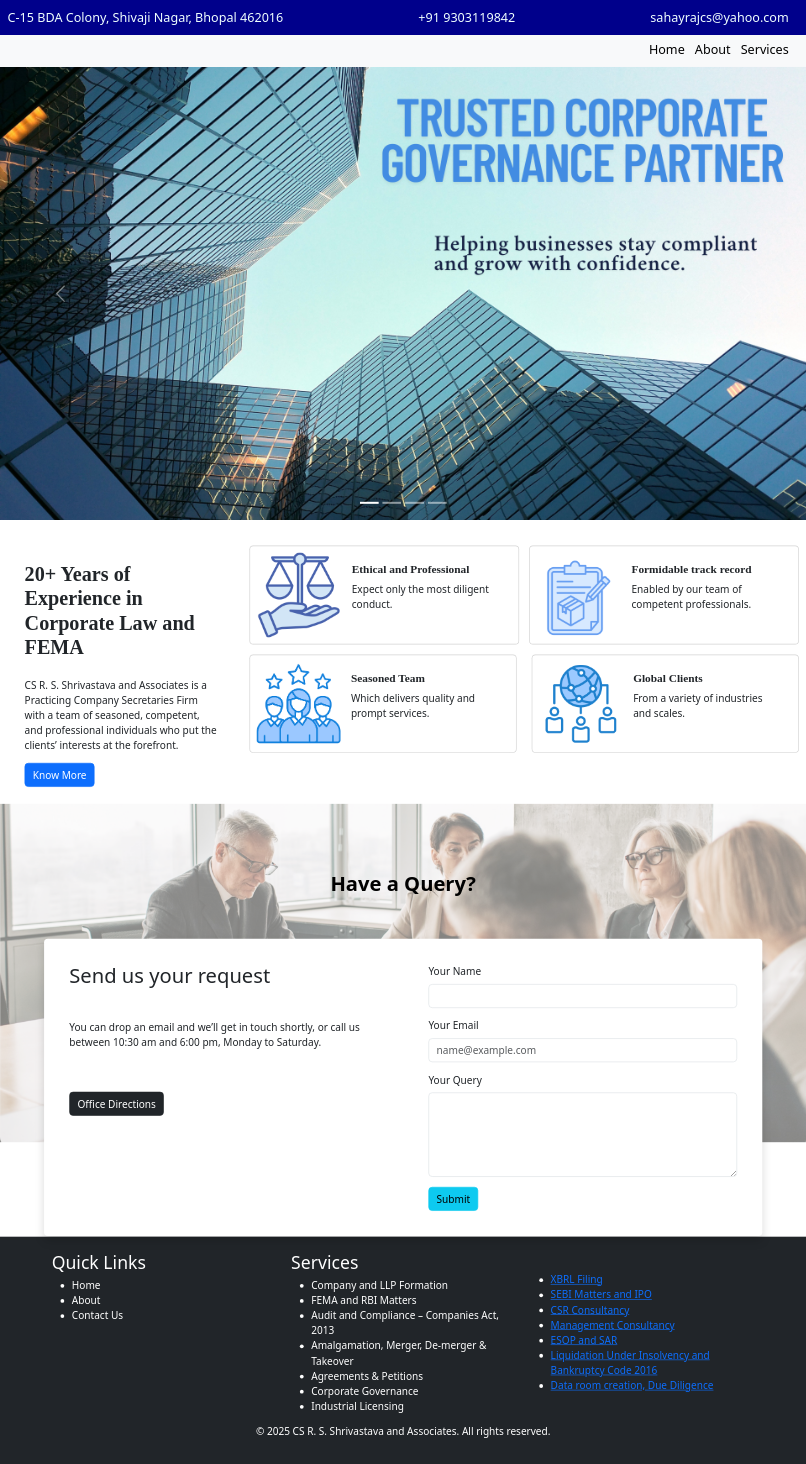
Repository: aayushiss/CS-RSS
Page: index.html
An editor plug-in stored every save of this project. The page is shown before and after the next save, followed by the edit.
The browser window is 1280 px wide. The pictures show the whole page, at 63% of full size.

Above is the page before, as saved 2025-05-15 21:00:51.

### index.html
<!DOCTYPE html>
<html lang="en">

<head>
  <meta charset="UTF-8">
  <meta name="viewport" content="width=device-width, initial-scale=1.0">
  <title>R. S. Shrivastava</title>
  <link href="https://cdn.jsdelivr.net/npm/bootstrap@5.3.3/dist/css/bootstrap.min.css" rel="stylesheet"
    integrity="sha384-QWTKZyjpPEjISv5WaRU9OFeRpok6YctnYmDr5pNlyT2bRjXh0JMhjY6hW+ALEwIH" crossorigin="anonymous">
  <link rel="stylesheet" type="text/css" href="style.css">
</head>

<body>
  <nav class="navbar fixed-top custom-navbar">
    <div class="container-fluid d-flex justify-content-between">
      <a class="navbar-brand"
        href="https://www.google.com/maps/place/R+S+SHRIVASTAVA+%26+ASSOCIATES/@23.2288499,77.4244091,17z/data=!3m1!4b1!4m6!3m5!1s0x397c425fada83073:0xcb1e8ba90a487f4e!8m2!3d23.228845!4d77.426984!16s%2Fg%2F1td0r8v9?entry=ttu&g_ep=EgoyMDI1MDUxMi4wIKXMDSoASAFQAw%3D%3D"
        target="_blank">C-15 BDA Colony, Shivaji Nagar, Bhopal 462016</a>
      <a class="navbar-brand" href="" tel:+919303119842"">+91 9303119842</a>
      <a class="navbar-brand" href="mailto:sahayrajcs@yahoo.com">sahayrajcs@yahoo.com</a>
    </div>
  </nav>
  <div class="navbar-space"></div>

  <nav class="navbar sticky-top second-navbar bg-light">
    <div class="container-fluid d-flex justify-content-end">
      <a class="navbar-brand" href="index.html">Home</a>
      <a class="navbar-brand" href="about.html">About</a>
      <a class="navbar-brand" href="#">Services</a>
    </div>
  </nav>

  <div id="carouselExampleCaptions" class="carousel slide">
    <div class="carousel-indicators">
      <button type="button" data-bs-target="#carouselExampleCaptions" data-bs-slide-to="0" class="active"
        aria-current="true" aria-label="Slide 1"></button>
      <button type="button" data-bs-target="#carouselExampleCaptions" data-bs-slide-to="1"
        aria-label="Slide 2"></button>
      <button type="button" data-bs-target="#carouselExampleCaptions" data-bs-slide-to="2"
        aria-label="Slide 3"></button>
      <button type="button" data-bs-target="#carouselExampleCaptions" data-bs-slide-to="3"
        aria-label="Slide 4"></button>
    </div>
    <div class="carousel-inner">
      <div class="carousel-item active">
        <img src="images/Trusted corporate governance partner.png" class="d-block w-100" alt="...">
        <div class="carousel-caption d-none d-md-block">
          <!-- <h5>First slide label</h5>
              <p>Some representative placeholder content for the first slide.</p> -->
        </div>
      </div>
      <div class="carousel-item">
        <img src="images/LegalConsultancy.png" class="d-block w-100" alt="...">
      </div>
      <div class="carousel-item">
        <img src="images/companyIncorporation.png" class="d-block w-100" alt="...">
      </div>
      <div class="carousel-item">
        <img src="images/annualFilingReturn.png" class="d-block w-100" alt="...">
      </div>
    </div>
    <button class="carousel-control-prev" type="button" data-bs-target="#carouselExampleCaptions" data-bs-slide="prev">
      <span class="carousel-control-prev-icon" aria-hidden="true"></span>
      <span class="visually-hidden">Previous</span>
    </button>
    <button class="carousel-control-next" type="button" data-bs-target="#carouselExampleCaptions" data-bs-slide="next">
      <span class="carousel-control-next-icon" aria-hidden="true"></span>
      <span class="visually-hidden">Next</span>
    </button>
  </div>
  <div class="container-fluid" style="margin-top: 40px;">

    <div class="row">
      <div class="col-auto" style="width: 30vw;">
        <div class="card" style="border-color: white;">
          <div class="card-body">
            <h5 class="card-title">20+ Years of
              Experience in Corporate Law and FEMA</h5>
            <p class="card-text" style="padding-top: 20px">CS R. S. Shrivastava and Associates is a Practicing Company
              Secretaries Firm with a team of seasoned, competent, and professional individuals who put the clients’
              interests at the forefront.</p>
            <a href="about.html" class="btn btn-primary">Know More</a>
          </div>
        </div>
      </div>
      <div class="col">
        <div class="row row-cols-2 g-3">
          <div class="col">
            <div class="card mb-3">
              <div class="row g-0">
                <div class="col-md-4">
                  <img src="images/8629542.png" class="img-fluid rounded-start" alt="...">
                </div>
                <div class="col-md-8">
                  <div class="card-body">
                    <h5 class="card-title">Ethical and Professional</h5>
                    <p class="card-text">Expect only the most diligent conduct.</p>
                  </div>
                </div>
              </div>
            </div>
          </div>
          <div class="col">
            <div class="card mb-3">
              <div class="row g-0">
                <div class="col-md-4">
                  <img src="images/16919209.png" class="img-fluid rounded-start" alt="...">
                </div>
                <div class="col-md-8">
                  <div class="card-body">
                    <h5 class="card-title">Formidable track record</h5>
                    <p class="card-text">Enabled by our team of competent professionals.</p>
                  </div>
                </div>
              </div>
            </div>
          </div>
        </div>
        <div class="row">
          <div class="col">
            <div class="card mb-3">
              <div class="row g-0">
                <div class="col-md-4">
                  <img src="images/images.png" class="img-fluid rounded-start" alt="...">
                </div>
                <div class="col-md-8">
                  <div class="card-body">
                    <h5 class="card-title">Seasoned Team
                    </h5>
                    <p class="card-text">Which delivers quality and prompt services.</p>
                  </div>
                </div>
              </div>
            </div>
          </div>
          <div class="col">
            <div class="card mb-3">
              <div class="row g-0">
                <div class="col-md-4">
                  <img src="images/11743537.png" class="img-fluid rounded-start" alt="...">
                </div>
                <div class="col-md-8">
                  <div class="card-body">
                    <h5 class="card-title">Global Clients
                    </h5>
                    <p class="card-text">From a variety of industries and scales.</p>
                  </div>
                </div>
              </div>
            </div>
          </div>
        </div>
      </div>
    </div>
  </div>

  <div class="position-relative" style="margin-bottom: 150px;">
    <img src="images/haveAQuery.jpg" class="img-fluid" alt="..." style="opacity: .5;">
    <h2 class="position-absolute start-50 translate-middle-x text-black fw-bold" style="top: 20%;">
      Have a Query?
    </h2>

    <div class="container-md position-absolute start-50 translate-middle-x" style="top: 40%;" id="contact-section">
      <div class="row bg-white rounded shadow">
        <div class="col" style="padding: 40px;">
          <h2>Send us your request</h2>
          <p style="margin-top: 50px;">
            You can drop an email and we’ll get in touch shortly, or call us between 10:30 am and 6:00 pm, Monday to
            Saturday.
          </p>
          <div class="btn btn-dark" style="margin-top: 50px;">
            <a href="https://www.google.com/maps/place/R+S+SHRIVASTAVA+%26+ASSOCIATES/@23.2288499,77.4244091,17z/data=!3m1!4b1!4m6!3m5!1s0x397c425fada83073:0xcb1e8ba90a487f4e!8m2!3d23.228845!4d77.426984!16s%2Fg%2F1td0r8v9?entry=ttu&g_ep=EgoyMDI1MDUxMi4wIKXMDSoASAFQAw%3D%3D"
              style="color: white; text-decoration: none; padding-top: 20px;" target="_blank">Office Directions</a>
          </div>
        </div>
        <div class="col" style="padding: 40px;">
          <div class="mb-3">
            <label for="formControlInput1" class="form-label">Your Name</label>
            <input class="form-control" id="ƒormControlInput1">
          </div>
          <div class="mb-3">
            <label for="formControlTextarea1" class="form-label">Your Email</label>
            <input type="email" class="form-control" id="formControlInput1" placeholder="name@example.com">
          </div>
          <div class="mb-3">
            <label for="formControlTextarea2" class="form-label">Your Query</label>
            <textarea class="form-control" id="exampleFormControlTextarea1" rows="5"></textarea>
          </div>
          <div class="btn btn-info">Submit</div>

        </div>
      </div>
    </div>
  </div>
  </div>
  <footer class="bg-dark text-white py-4 mt-5">
    <div class="container">
      <div class="row">
        <div class="col">
          <h3>Quick Links</h3>
          <ul class="footer-links">
            <li><a href="index.html">Home</a></li>
            <li><a href="about.html">About</a></li>
            <li><a href="#contact-section">Contact Us</a></li>
          </ul>
        </div>
        <div class="col">
          <h3>Services</h3>
          <ul class="footer-links">
            <li><a href="index.html">Company and LLP Formation</a></li>
            <li><a href="about.html">FEMA and RBI Matters</a></li>
            <li><a href="#contact-section">Audit and Compliance – Companies Act, 2013</a></li>
            <li><a href="hncjsd">Amalgamation, Merger, De-merger & Takeover</a></li>
            <li><a href="hncjsd">Agreements & Petitions</a></li>
            <li><a href="hncjsd">Corporate Governance</a></li>
            <li><a href="hncjsd">Industrial Licensing</a></li>
          </ul>
        </div>
        <div class="col" style="margin-top: 2rem;">
          <ul>
            <li><a href="hncjsd">XBRL Filing</a></li>
            <li><a href="hncjsd">SEBI Matters and IPO</a></li>
            <li><a href="hncjsd">CSR Consultancy</a></li>
            <li><a href="hncjsd">Management Consultancy</a></li>
            <li><a href="hncjsd">ESOP and SAR</a></li>
            <li><a href="hncjsd">Liquidation Under
              Insolvency and Bankruptcy Code 2016</a></li>
            <li><a href="hncjsd">Data room creation, Due Diligence</a></li>
          </ul>
        </div>
      </div>

    </div>
    <p class="text-center">&copy; 2025 CS R. S. Shrivastava and Associates. All rights reserved.</p>
  </footer>

  <script src="https://cdn.jsdelivr.net/npm/bootstrap@5.3.3/dist/js/bootstrap.bundle.min.js"
    integrity="sha384-YvpcrYf0tY3lHB60NNkmXc5s9fDVZLESaAA55NDzOxhy9GkcIdslK1eN7N6jIeHz"
    crossorigin="anonymous"></script>
</body>

</html>

### style.css
.custom-navbar {
    background-color: darkblue;
}

.custom-navbar .navbar-brand {
    color: azure;
}

.navbar-space {
    margin-top: 50px;
}

.second-navbar .navbar-brand {
    color: black;
}

.custom-card {
    height: 25vh;
}

.custom-card .card-img {
    height: 100%;
    object-fit: cover;
}

.container-fluid .card {
    padding: 10px;
}

.container-fluid .card-title {
    font-family: 'Times New Roman', Times, serif;
    font-weight: bold;
    font-size: xx-large;
}

.container-fluid .col-md-8 .card-title {
    font-family: 'Times New Roman', Times, serif;
    font-size: large;
}

.footer-links ul {
    list-style: none;
    text-decoration: none;
}

.footer-links a {
    color: white;
    text-decoration: none;
}

After the next save:
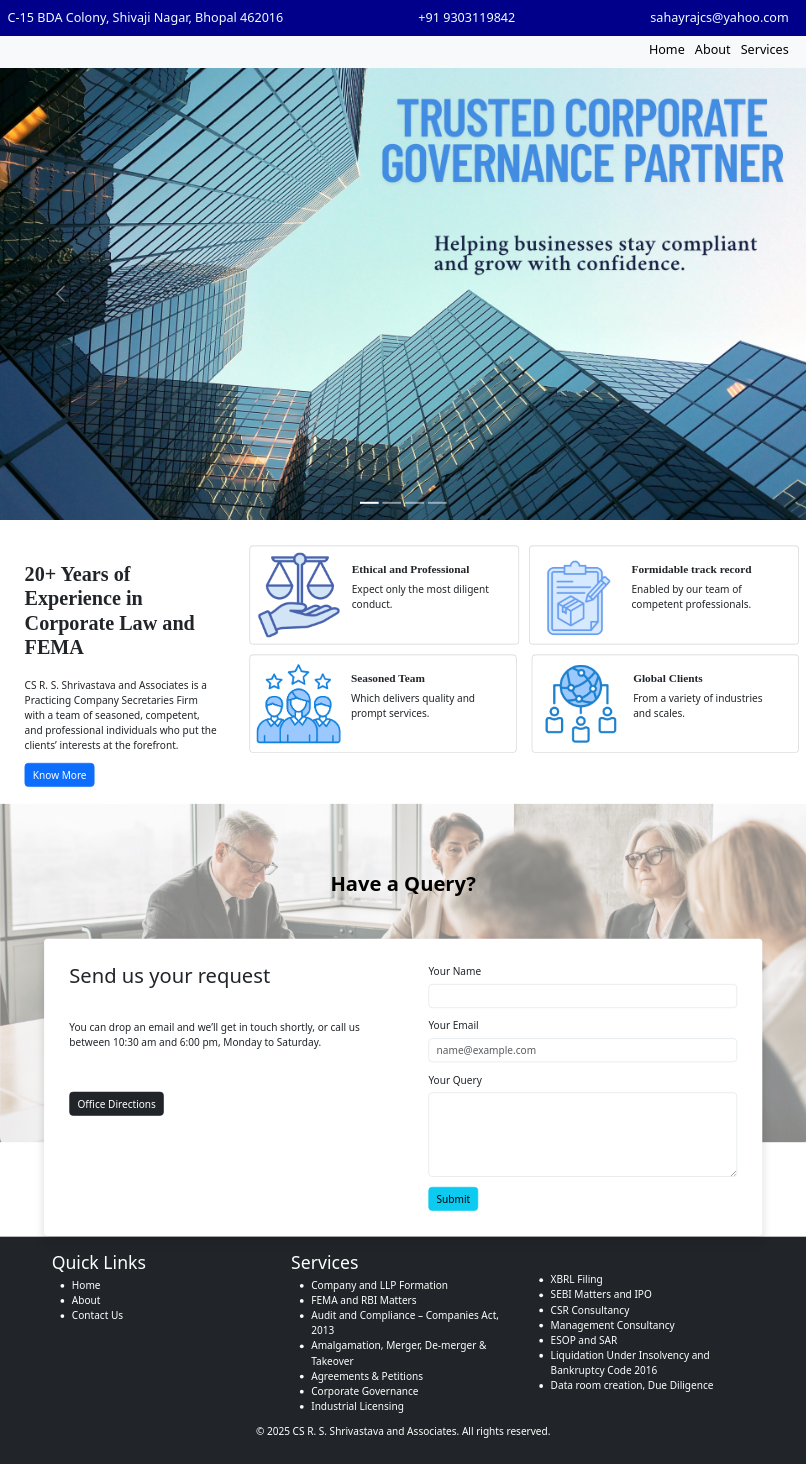
Saved 24 s later.
--- a/index.html
+++ b/index.html
@@ -217,7 +217,7 @@
           </ul>
         </div>
         <div class="col" style="margin-top: 2rem;">
-          <ul>
+          <ul class="footer-links">
             <li><a href="hncjsd">XBRL Filing</a></li>
             <li><a href="hncjsd">SEBI Matters and IPO</a></li>
             <li><a href="hncjsd">CSR Consultancy</a></li>
